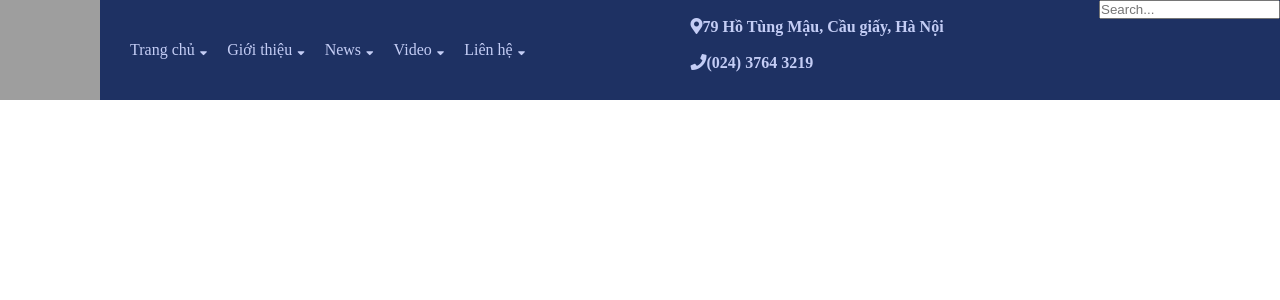
Repository: Luong-tung/newtopics
Page: index2.html
The author's editor kept a copy of each file at every save. The page is drawn from the files as they stood at one save, then again after the next save.
The browser window is 1280 px wide. The pictures show the whole page.
Pictures or frames that could not be fetched are drawn as grey boxes. Some web libraries are served in a nearby version.

Above is the page before, as saved 2021-10-07 18:20:41.

After the next save:
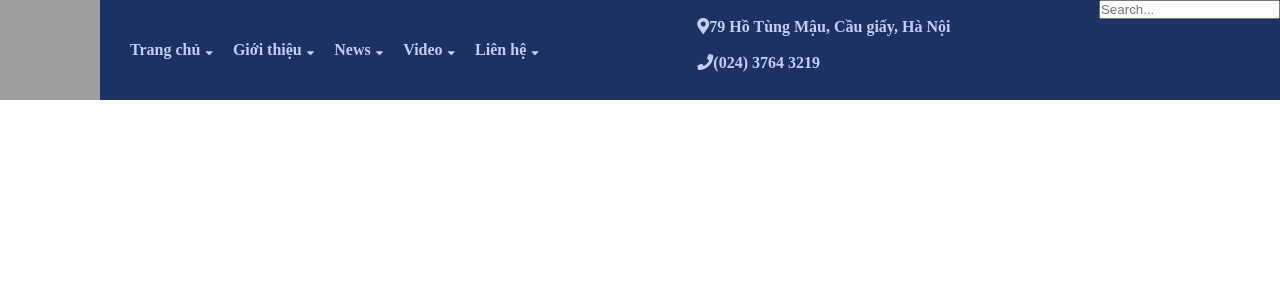
Saved 30 s later.
--- a/iu2.css
+++ b/iu2.css
@@ -32,6 +32,7 @@
     cursor: pointer;
     margin: 0px 5px;
     padding:5px;
+    font-weight: 600;
 
 }
 .header .logo ul li i{
